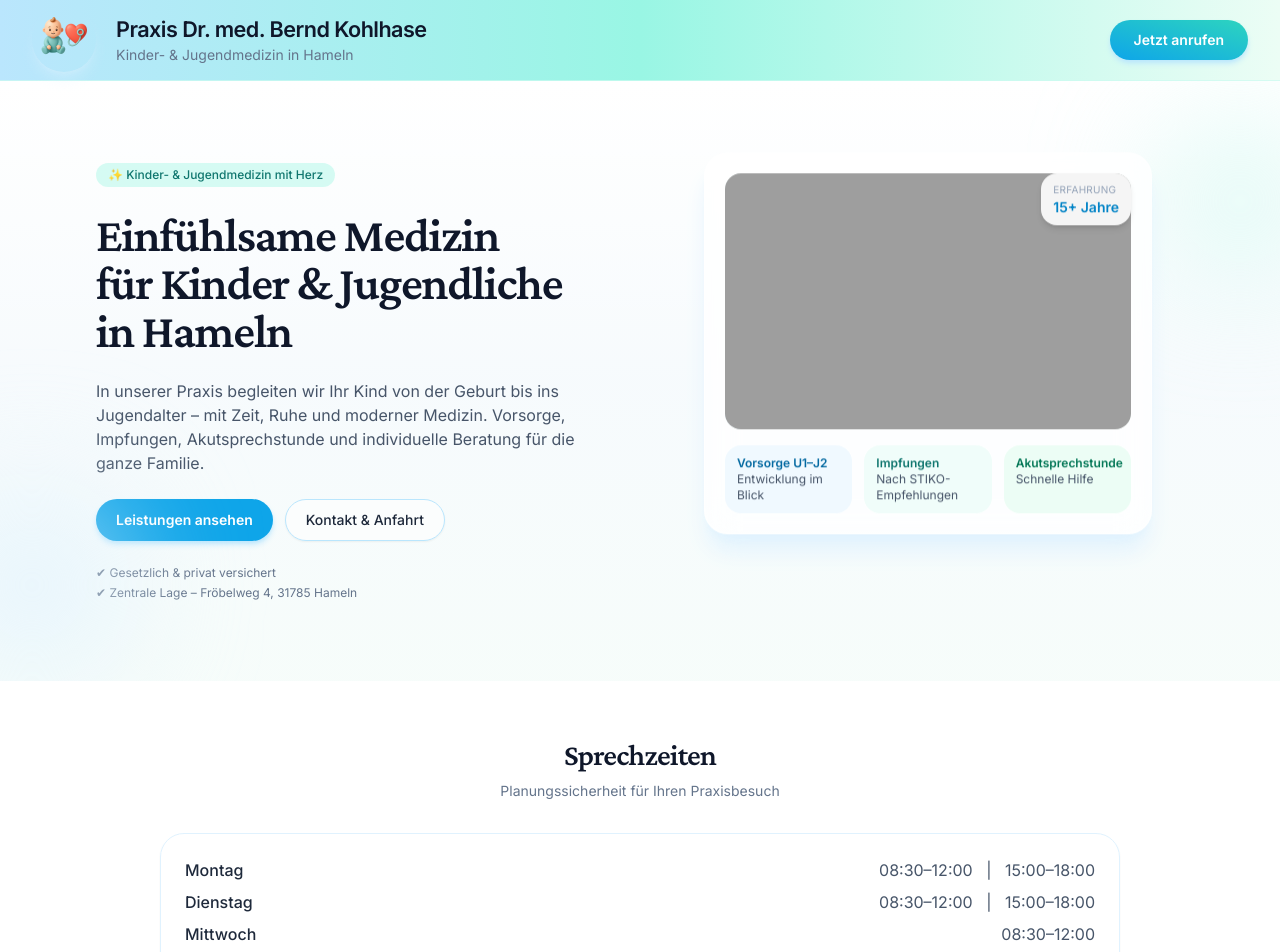
Repository: NikolajMalisch/kinderartz-web
Page: index.html
These files come from the project's save history. The page is drawn as it stood at one moment and after the next save; the edit follows.
The browser window is 1280 px wide. The pictures show the part of the page from y = 0 to 952 px (the page is 2607 px tall).
Pictures or frames that could not be fetched are drawn as grey boxes. Some web libraries are served in a nearby version.

Above is the page before, as saved 2025-12-11 21:38:16.

After the next save:
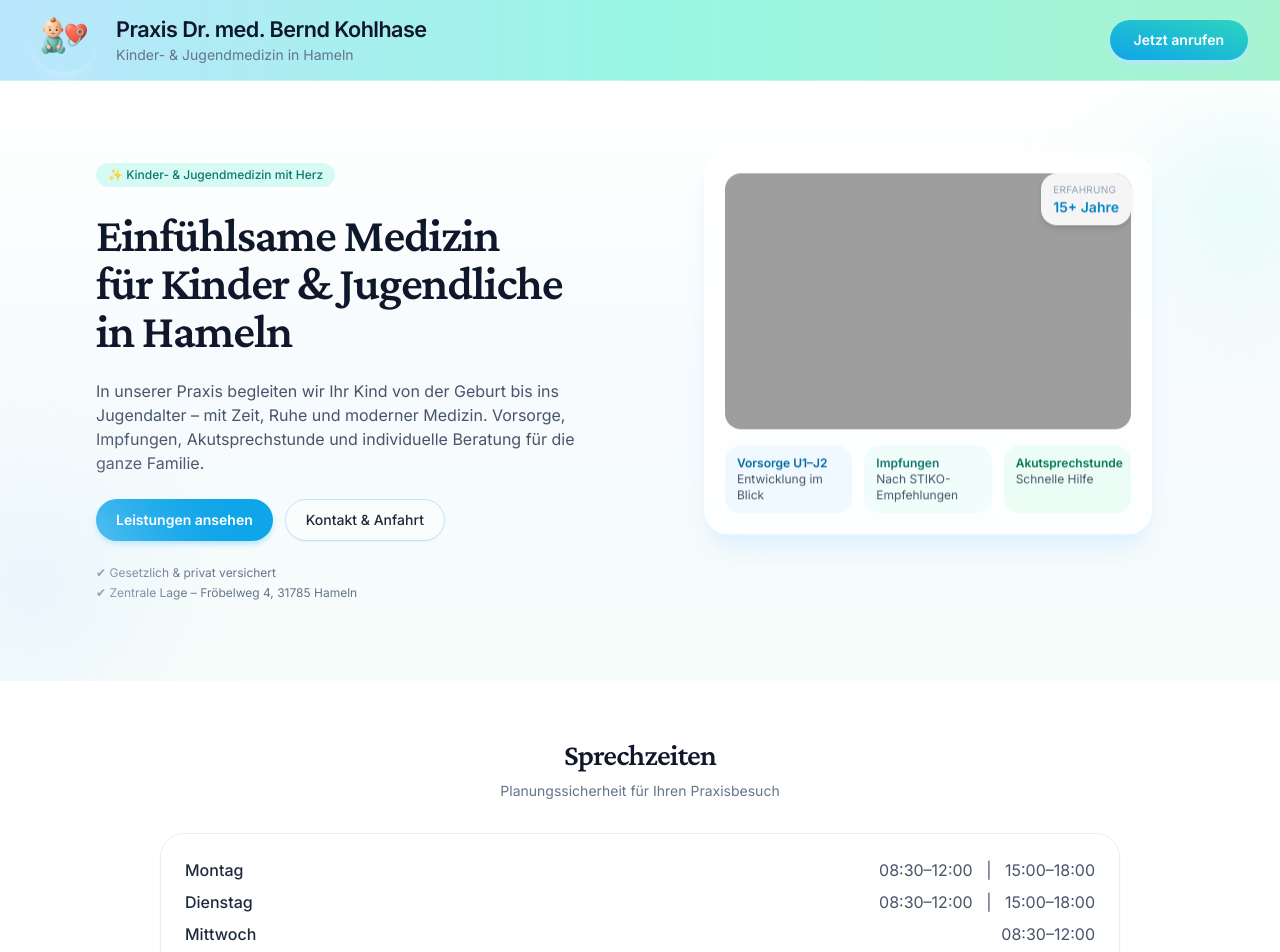
Saved 7 s later.
--- a/index.html
+++ b/index.html
@@ -59,7 +59,7 @@
 <body class="min-h-full bg-[#fdfcfb] text-slate-800">
     <!-- HEADER -->
 <header
-class="sticky top-0 z-50 bg-gradient-to-r from-sky-200 via-teal-200 to-emerald-50
+class="sticky top-0 z-50 bg-gradient-to-r from-sky-200 via-teal-200 to-emerald-200
         backdrop-blur-xl border-b border-teal-100/70"
 >
 
